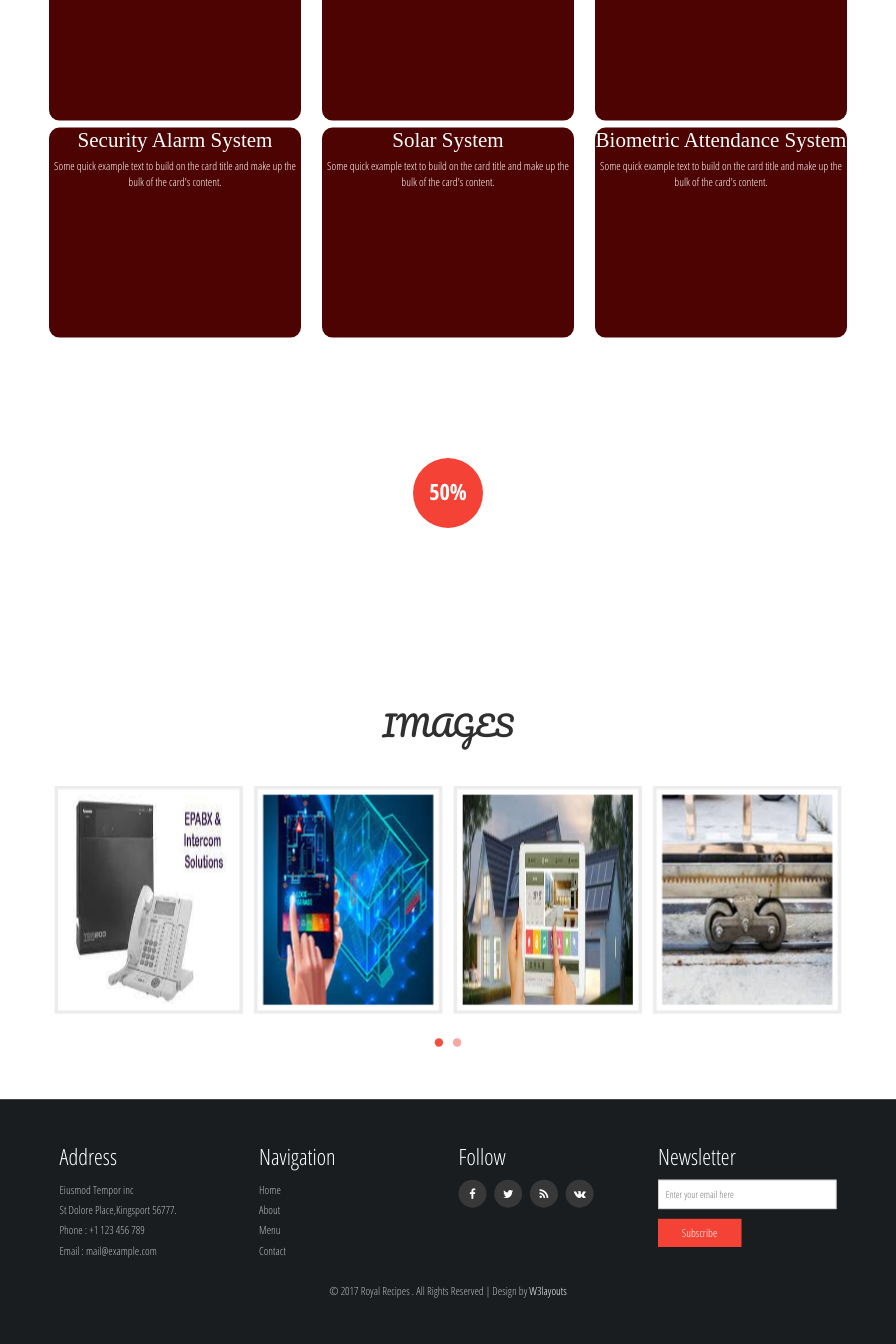
Repository: Nuhman123/Cisco
Page: index.html
The author's editor kept a copy of each file at every save. The page is drawn from the files as they stood at one save, then again after a run of saves.
The browser window is 1280 px wide. The pictures show the part of the page from y = 1276 to 3196 px (the page is 3196 px tall), at 70% of full size.

Above is the page before, as saved 2021-04-08 19:43:05.

### index.html
<!--A Design by W3layouts
Author: W3layout
Author URL: http://w3layouts.com
License: Creative Commons Attribution 3.0 Unported
License URL: http://creativecommons.org/licenses/by/3.0/
-->
<!DOCTYPE html>
<html lang="en">
<head>
<title>Royal Recipes a Hotels and restaurants Category Flat Bootstrap responsive Website Template | Home :: w3layouts</title>
<meta name="viewport" content="width=device-width, initial-scale=1">
<meta http-equiv="Content-Type" content="text/html; charset=utf-8" />
<meta name="keywords" content="Royal Recipes Responsive web template, Bootstrap Web Templates, Flat Web Templates, Android Compatible web template,
Smartphone Compatible web template, free webdesigns for Nokia, Samsung, LG, SonyEricsson, Motorola web design" />
<script type="application/x-javascript"> addEventListener("load", function() { setTimeout(hideURLbar, 0); }, false); function hideURLbar(){ window.scrollTo(0,1); } </script>
<!-- bootstrap-css -->
<link href="css/bootstrap.css" rel="stylesheet" type="text/css" media="all" />
<!--// bootstrap-css -->
<!-- css -->
<link rel="stylesheet" href="css/style.css" type="text/css" media="all" />
<!--// css -->
<link rel="stylesheet" href="css/owl.carousel.css" type="text/css" media="all">
<link href="css/owl.theme.css" rel="stylesheet">
<!-- font-awesome icons -->
<link href="css/font-awesome.css" rel="stylesheet">
<!-- //font-awesome icons -->
<!-- font -->
<link href='//fonts.googleapis.com/css?family=Pacifico' rel='stylesheet' type='text/css'>
<link href='//fonts.googleapis.com/css?family=Open+Sans+Condensed:300,300italic,700' rel='stylesheet' type='text/css'>
<!-- //font -->
<script src="js/jquery-1.11.1.min.js"></script>
<script src="js/bootstrap.js"></script>
<!-- light-box -->
<link rel="stylesheet" href="css/lightbox.css">
<!-- //light-box -->
<script src="js/SmoothScroll.min.js"></script>
<!--search jQuery-->
<script src="js/main.js"></script>
<!--//search jQuery-->
<script type="text/javascript">
	jQuery(document).ready(function($) {
		$(".scroll").click(function(event){
			event.preventDefault();
			$('html,body').animate({scrollTop:$(this.hash).offset().top},1000);
		});
	});
</script>

<script>
$(document).ready(function() {
	$("#owl-demo").owlCarousel({

		autoPlay: 3000, //Set AutoPlay to 3 seconds
		autoPlay:true,
		items : 4,
		itemsDesktop : [640,5],
		itemsDesktopSmall : [414,4]

	});

});
</script>
</head>
<body>
	<!-- banner -->
	<div class="banner">
		<div class="top-banner">
			<div class="container">

			</div>
		</div>
		<header class="header-1" >
			<div class="col-xs-4">
				<img src="images/csc0log.png">
			</div>
			<div class="col-xs-1">
				<h1>CISCO</h1>
			</div>
			<div class="top-nav">
				<nav class="navbar navbar-default">
						<button type="button" class="navbar-toggle collapsed" data-toggle="collapse" data-target="#bs-example-navbar-collapse-1">Menu
						</button>
					<!-- Collect the nav links, forms, and other content for toggling -->
					<div class="collapse navbar-collapse" id="bs-example-navbar-collapse-1">
						<ul class="nav navbar-nav">
							<li><a class="active" href="index.html">Home</a></li>
							<li><a href="about.html">About</a></li>
							<li><a href="#" class="dropdown-toggle hvr-bounce-to-bottom" data-toggle="dropdown" role="button" aria-haspopup="true" aria-expanded="false">Codes<span class="caret"></span></a>
								<ul class="dropdown-menu">
									<li><a class="hvr-bounce-to-bottom" href="icons.html">Icons</a></li>
									<li><a class="hvr-bounce-to-bottom" href="typography.html">Typography</a></li>
								</ul>
							</li>
							<li><a href="menu.html">Menu</a></li>
							<li><a href="contact.html">Contact</a></li>
						</ul>
						<div class="clearfix"> </div>
					</div>
				</nav>
			</div>
		</header>
		<div class="header">
			<div class="container">
				<div class="logo">
				</div>
				<div class="clearfix"> </div>
			</div>
		</div>
		<div class="banner-slider">
			<div class="container">
				<div class="slider">
					<div class="callbacks_container">
						<ul class="rslides callbacks callbacks1" id="slider4">
							<li>
								<div class="agileits-banner-info">
									<h3>CISCO</h3>
									<h5>Security Solutions & Automation</h5>
									<p>CCTV Installation,EPBAX,Home Automation,Automatic Gate,Video Door Phone,Access Control System,Security Alarm System,Solar System,Biometric AttendanceSystem</p>
									<a href="menu.html">Menu</a>
								</div>
							</li>
							<li>
								<div class="agileits-banner-info">
									<h3>CCTV<br> Installation</h3>
									<p>CCTV Installation,EPBAX,Home Automation,Automatic Gate,Video Door Phone,Access Control System,Security Alarm System,Solar System,Biometric AttendanceSystem</p>
									<a href="menu.html">Menu</a>
								</div>
							</li>
							<li>
								<div class="agileits-banner-info">
									<h3>CISCO</h3>
									<p>CCTV Installation,EPBAX,Home Automation,Automatic Gate,Video Door Phone,Access Control System,Security Alarm System,Solar System,Biometric AttendanceSystem</p>
									<a href="menu.html">Menu</a>
								</div>
							</li>
						</ul>
					</div>
					<script src="js/responsiveslides.min.js"></script>
					<script>
						// You can also use "$(window).load(function() {"
						$(function () {
						  // Slideshow 4
						  $("#slider4").responsiveSlides({
							auto: true,
							pager:true,
							nav:false,
							speed: 500,
							namespace: "callbacks",
							before: function () {
							  $('.events').append("<li>before event fired.</li>");
							},
							after: function () {
							  $('.events').append("<li>after event fired.</li>");
							}
						  });

						});
					 </script>
					<!--banner Slider starts Here-->
				</div>
			</div>
		</div>
	</div>
	<!-- banner -->
	<!-- services -->
	<section class="bg-light p-4 mt-5" id="Services-section">
		<div class="container">
		  <h1 class="services text-center">Our Services</h1>
		  <div class="row">
			<div class="col-lg-4 col-md-6 pt-3">
			  <div class="card text-center">

				<div class="card-body">
				  <h5 class="card-title">CCTV Installation</h5>
				  <p class="card-text">Some quick example text to build on the card title and make up the bulk of the card's content.</p>
				</div>
			  </div>
			</div>
			<div class="col-lg-4 col-md-6  pt-3">
			  <div class="card text-center ">

				<div class="card-body">
				  <h5 class="card-title">EPBAX</h5>
				  <p class="card-text">Some quick example text to build on the card title and make up the bulk of the card's content.</p>
				</div>
			  </div>
			</div>
			<div class="col-lg-4 col-md-6  pt-3">
			  <div class="card text-center ">

				<div class="card-body">
				  <h5 class="card-title">Home Automation</h5>
				  <p class="card-text">Some quick example text to build on the card title and make up the bulk of the card's content.</p>
				</div>
			  </div>
			</div>
			<div class="col-lg-4 col-md-6  pt-3">
			  <div class="card text-center">
				<div class="card-body">
				  <h5 class="card-title">Automatic Gate</h5>
				  <p class="card-text">Some quick example text to build on the card title and make up the bulk of the card's content.</p>
				</div>
			  </div>
			</div>
			<div class="col-lg-4 col-md-6  pt-3">
			  <div class="card text-center">
				<div class="card-body">
				  <h5 class="card-title">Video Door Phone</h5>
				  <p class="card-text">Some quick example text to build on the card title and make up the bulk of the card's content.</p>
				</div>
			  </div>
			</div>
			<div class="col-lg-4 col-md-6  pt-3">
			  <div class="card text-center ">
				<div class="card-body">
				  <h5 class="card-title">Access Control System</h5>
				  <p class="card-text">Some quick example text to build on the card title and make up the bulk of the card's content.</p>
				</div>
			  </div>
			</div>
			<div class="col-lg-4 col-md-6  pt-3">
				<div class="card text-center ">
				  <div class="card-body">
					<h5 class="card-title">Security Alarm System</h5>
					<p class="card-text">Some quick example text to build on the card title and make up the bulk of the card's content.</p>
				  </div>
				</div>
			  </div>
			  <div class="col-lg-4 col-md-6  pt-3">
				<div class="card text-center ">
				  <div class="card-body">
					<h5 class="card-title">Solar System</h5>
					<p class="card-text">Some quick example text to build on the card title and make up the bulk of the card's content.</p>
				  </div>
				</div>
			  </div>
			  <div class="col-lg-4 col-md-6  pt-3">
				<div class="card text-center ">
				  <div class="card-body">
					<h5 class="card-title">Biometric Attendance System</h5>
					<p class="card-text">Some quick example text to build on the card title and make up the bulk of the card's content.</p>
				  </div>
				</div>
			  </div>
		  </div>
		</div>
	  </section>
	<!-- //services -->
	<!-- offer -->
	<div class="jarallax offer">
		<div class="container">
			<div class="w3l-offer-heading">
				<h3>Today Offers</h3>
			</div>
			<div class="w3ls-offer-slider">
				<div class="slider">
					<div class="callbacks_container">
						<ul class="rslides callbacks callbacks1" id="slider3">
							<li>
								<div class="agileinfo-offer-grid">
									<h4>45<span>%</span></h4>
									<h5>Pork Vindaloo</h5>
									<p>Quisque scelerisque rutrum nunc, eget hendrerit diam porta efficitur. Duis bibendum consequat est, sed efficitur arcu. Morbi viverra, leo sit amet vestibulum dignissim, tortor est dignissim dolor, eu accumsan est urna id felis. </p>
								</div>
							</li>
							<li>
								<div class="agileinfo-offer-grid">
									<h4>50%</h4>
									<h5>Phaal Curry</h5>
									<p>Vestibulum euismod porttitor interdum. Vivamus porta consectetur nulla porttitor hendrerit. Pellentesque ultrices augue ut nibh feugiat, nec egestas orci cursus. Sed vehicula quis erat sed lobortis. Curabitur eleifend sit amet.</p>
								</div>
							</li>
							<li>
								<div class="agileinfo-offer-grid">
									<h4>64%</h4>
									<h5>Laal Maas</h5>
									<p>Aenean volutpat auctor ultrices. Aliquam ac turpis ultrices, porta enim at, interdum velit. Ut ligula justo, sodales eu nisi a, molestie dictum leo. Sed blandit porta ante, at consequat nulla fermentum a. Donec aliquet tristique.</p>
								</div>
							</li>
						</ul>
					</div>
					<script>
						// You can also use "$(window).load(function() {"
						$(function () {
						  // Slideshow 4
						  $("#slider3").responsiveSlides({
							auto: true,
							pager:false,
							nav:false,
							speed: 500,
							namespace: "callbacks",
							before: function () {
							  $('.events').append("<li>before event fired.</li>");
							},
							after: function () {
							  $('.events').append("<li>after event fired.</li>");
							}
						  });

						});
					 </script>
					<!--banner Slider starts Here-->
				</div>
			</div>
			<script src="js/jarallax.js"></script>
		</div>
	</div>
	<!-- //offer -->
	<!-- special -->
	<div class="special">
		<div class="container">
			<div class="wthree-special-heading">
				<h3>IMAGES</h3>
			</div>
			<div class="special-grids">
				<div id="owl-demo" class="owl-carousel owl-theme">
						<div class="item">
							<div class="w3-agileits-special-grid-info">
								<img src="images/bio.jfif" alt="" />
							</div>
						</div>
						<div class="item">
							<div class="w3-agileits-special-grid-info">
								<img src="images/epbax.jpeg" alt="" />

							</div>
						</div>
						<div class="item">
							<div class="w3-agileits-special-grid-info">
								<img src="images/h automations.jfif" alt="" />

							</div>
						</div>
						<div class="item">
							<div class="w3-agileits-special-grid-info">
								<img src="images/home automa 5.jfif" alt="" />
							</div>
						</div>
						<div class="item">
							<div class="w3-agileits-special-grid-info">
								<img src="images/ghy.jfif" alt="" />

							</div>
						</div>
						<div class="item">
							<div class="w3-agileits-special-grid-info">
								<img src="images/289c9c264087cddc084383969cd6e19f.jpg" alt="" />

							</div>
						</div>
						<div class="item">
							<div class="w3-agileits-special-grid-info">
								<img src="images/h automations.jfif3.jfif" alt="" />

							</div>
						</div>
						<div class="item">
							<div class="w3-agileits-special-grid-info">
								<img src="images/cctv3.jpg" alt="" />

							</div>
						</div>
				</div>
			</div>
		</div>
	</div>
	<!-- //special -->
	<!-- footer -->
	<div class="w3-agile-footer">
		<div class="container">
			<div class="footer-grids">
				<div class="col-md-3 footer-grid">
					<div class="footer-grid-heading">
						<h4>Address</h4>
					</div>
					<div class="footer-grid-info">
						<p>Eiusmod Tempor inc
							<span>St Dolore Place,Kingsport 56777.</span>
						</p>
						<p class="phone">Phone : +1 123 456 789
							<span>Email : <a href="mailto:example@email.com">mail@example.com</a></span>
						</p>
					</div>
				</div>
				<div class="col-md-3 footer-grid">
					<div class="footer-grid-heading">
						<h4>Navigation</h4>
					</div>
					<div class="footer-grid-info">
						<ul>
							<li><a href="index.html">Home</a></li>
							<li><a href="about.html">About</a></li>
							<li><a href="menu.html">Menu</a></li>
							<li><a href="contact.html">Contact</a></li>
						</ul>
					</div>
				</div>
				<div class="col-md-3 footer-grid">
					<div class="footer-grid-heading">
						<h4>Follow</h4>
					</div>
					<div class="social">
						<ul>
							<li><a href="#"><i class="fa fa-facebook"></i></a></li>
							<li><a href="#"><i class="fa fa-twitter"></i></a></li>
							<li><a href="#"><i class="fa fa-rss"></i></a></li>
							<li><a href="#"><i class="fa fa-vk"></i></a></li>
						</ul>
					</div>
				</div>
				<div class="col-md-3 footer-grid">
					<div class="footer-grid-heading">
						<h4>Newsletter</h4>
					</div>
					<div class="footer-grid-info">
						<form action="#" method="post">
							<input type="email" id="mc4wp_email" name="EMAIL" placeholder="Enter your email here" required="">
							<input type="submit" value="Subscribe">
						</form>
					</div>
				</div>
				<div class="clearfix"> </div>
			</div>
			<div class="agileits-w3layouts-copyright">
				<p>© 2017 Royal Recipes . All Rights Reserved | Design by <a href="http://w3layouts.com/"> W3layouts</a> </p>
			</div>
		</div>
	</div>
	<!-- //footer -->
	<script src="js/owl.carousel.js"></script>
	<script type="text/javascript" src="js/move-top.js"></script>
	<script type="text/javascript" src="js/easing.js"></script>
	<!-- here stars scrolling icon -->
	<script type="text/javascript">
		$(document).ready(function() {
			/*
				var defaults = {
				containerID: 'toTop', // fading element id
				containerHoverID: 'toTopHover', // fading element hover id
				scrollSpeed: 1200,
				easingType: 'linear'
				};
			*/

			$().UItoTop({ easingType: 'easeOutQuart' });

			});
	</script>
<!-- //here ends scrolling icon -->
<script type="text/javascript">
			/* init Jarallax */
			$('.jarallax').jarallax({
				speed: 0.5,
				imgWidth: 1366,
				imgHeight: 768
			})
		</script>
</body>
</html>

Loaded but not shown: css/bootstrap.css (library); css/owl.carousel.css (common file); css/owl.theme.css (common file); css/font-awesome.css (library); js/jquery-1.11.1.min.js (library); js/bootstrap.js (library); css/lightbox.css (library); js/SmoothScroll.min.js (library); js/responsiveslides.min.js (library); js/owl.carousel.js (library); js/jarallax.js (433 lines, source omitted); js/easing.js (140 lines, source omitted); js/main.js (100 lines, source omitted); js/move-top.js (5 lines, source omitted); css/style.css (2006 lines, source omitted)

After the next 4 saves:
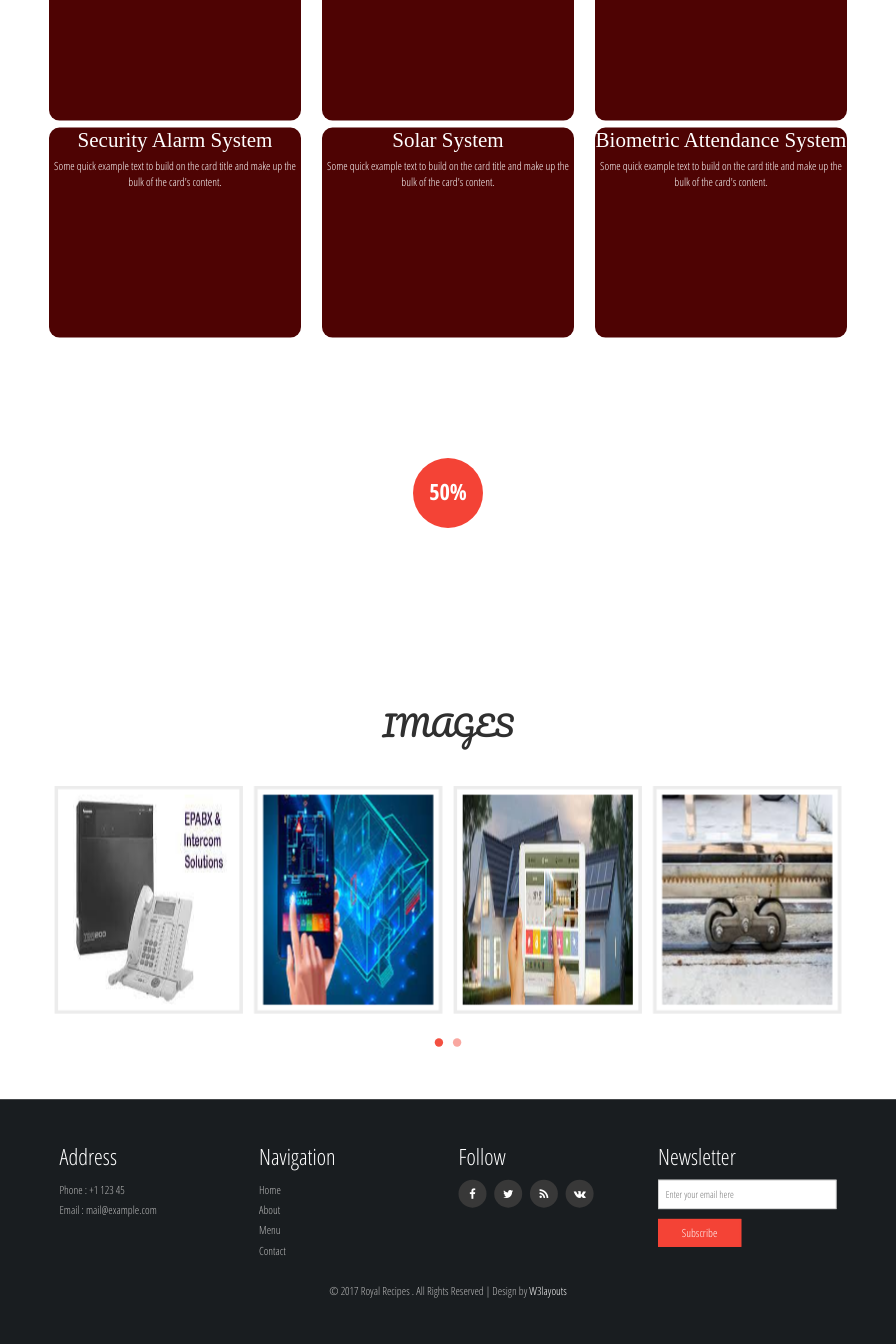
The 4 saves are shown as one change because they came seconds apart.
The last was saved 62 s later.
--- a/index.html
+++ b/index.html
@@ -374,10 +374,7 @@
 						<h4>Address</h4>
 					</div>
 					<div class="footer-grid-info">
-						<p>Eiusmod Tempor inc
-							<span>St Dolore Place,Kingsport 56777.</span>
-						</p>
-						<p class="phone">Phone : +1 123 456 789
+						<p class="phone">Phone : +1 123 45
 							<span>Email : <a href="mailto:example@email.com">mail@example.com</a></span>
 						</p>
 					</div>
